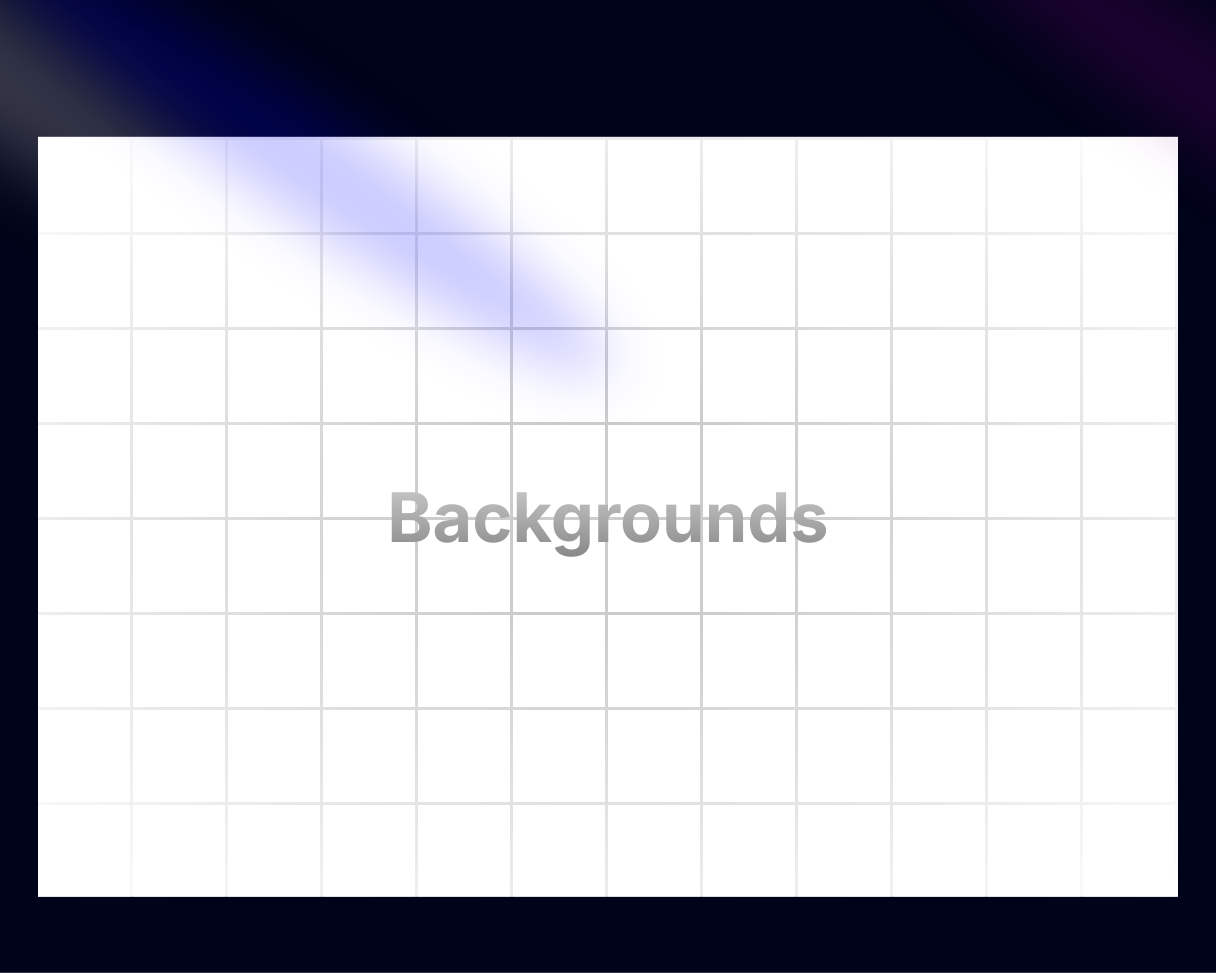
Repository: iharshitjaiswal/next_portfolio
Page: /
An editor plug-in stored every save of this project. The page is shown before and after the next save, followed by the edit.
The browser window is 1280 px wide. The pictures show the whole page, at 95% of full size.
The project was rebuilt for these pictures with package versions that can differ from the ones it lists, and the page was loaded fresh each time. The framework's server and built-in components were replaced by stand-ins that run in the browser. Also part of the build but not shown: next.config.mjs.

Above is the page before, as saved 2024-05-22 16:40:53.

### app/layout.tsx
import type { Metadata } from "next";
import { Inter } from "next/font/google";
import "./globals.css";

const inter = Inter({ subsets: ["latin"] });

export const metadata: Metadata = {
  title: "Harshit's Portfolio",
  description: "Modern & Minimalist Next Portfolio",
};

export default function RootLayout({
  children,
}: Readonly<{
  children: React.ReactNode;
}>) {
  return (
    <html lang="en">
      <body className={inter.className}>{children}</body>
    </html>
  );
}

### app/page.tsx
import Hero from "@/components/Hero";

export default function Home() {
  return (
    <main className="relative bg-black-100 flex justify-center text-white items-center flex-col overflow-hidden mx-auto sm:px-10 px-5">
      <div className="mx-w-7xl w-full">
        <Hero />
      </div>
    </main>
  );
}

### components/Hero.tsx
import React from "react";
import { Spotlight } from "./ui/Spotlight";

const Hero = () => {
  return (
    <div className="pb-20 pt-36">
      <div>
        <Spotlight
          className="-top-40 -left-10 md:-left-32 md:-top-20 h-screen"
          fill="white"
        />
        <Spotlight
          className="top-10 left-full h-[80vh] w-[50vw]"
          fill="purple"
        />
        <Spotlight className="top-28 left-80 h-[80vh] w-[50vw]" fill="blue" />
      </div>
      <div className="h-[50rem] w-full dark:bg-black bg-white  dark:bg-grid-white/[0.2] bg-grid-black/[0.2] relative flex items-center justify-center">
        {/* Radial gradient for the container to give a faded look */}
        <div className="absolute pointer-events-none inset-0 flex items-center justify-center dark:bg-black bg-white [mask-image:radial-gradient(ellipse_at_center,transparent_20%,black)]"></div>
        <p className="text-4xl sm:text-7xl font-bold relative z-20 bg-clip-text text-transparent bg-gradient-to-b from-neutral-200 to-neutral-500 py-8">
          Backgrounds
        </p>
      </div>
    </div>
  );
};

export default Hero;

### components/ui/Spotlight.tsx
import React from "react";
import { cn } from "@/utils/cn";

type SpotlightProps = {
  className?: string;
  fill?: string;
};

export const Spotlight = ({ className, fill }: SpotlightProps) => {
  return (
    <svg
      className={cn(
        "animate-spotlight pointer-events-none absolute z-[1]  h-[169%] w-[138%] lg:w-[84%] opacity-0",
        className
      )}
      xmlns="http://www.w3.org/2000/svg"
      viewBox="0 0 3787 2842"
      fill="none"
    >
      <g filter="url(#filter)">
        <ellipse
          cx="1924.71"
          cy="273.501"
          rx="1924.71"
          ry="273.501"
          transform="matrix(-0.822377 -0.568943 -0.568943 0.822377 3631.88 2291.09)"
          fill={fill || "white"}
          fillOpacity="0.21"
        ></ellipse>
      </g>
      <defs>
        <filter
          id="filter"
          x="0.860352"
          y="0.838989"
          width="3785.16"
          height="2840.26"
          filterUnits="userSpaceOnUse"
          colorInterpolationFilters="sRGB"
        >
          <feFlood floodOpacity="0" result="BackgroundImageFix"></feFlood>
          <feBlend
            mode="normal"
            in="SourceGraphic"
            in2="BackgroundImageFix"
            result="shape"
          ></feBlend>
          <feGaussianBlur
            stdDeviation="151"
            result="effect1_foregroundBlur_1065_8"
          ></feGaussianBlur>
        </filter>
      </defs>
    </svg>
  );
};

Loaded but not shown: app/globals.css (common file); utils/cn.ts (common file); tailwind.config.ts (common file)

After the next save:
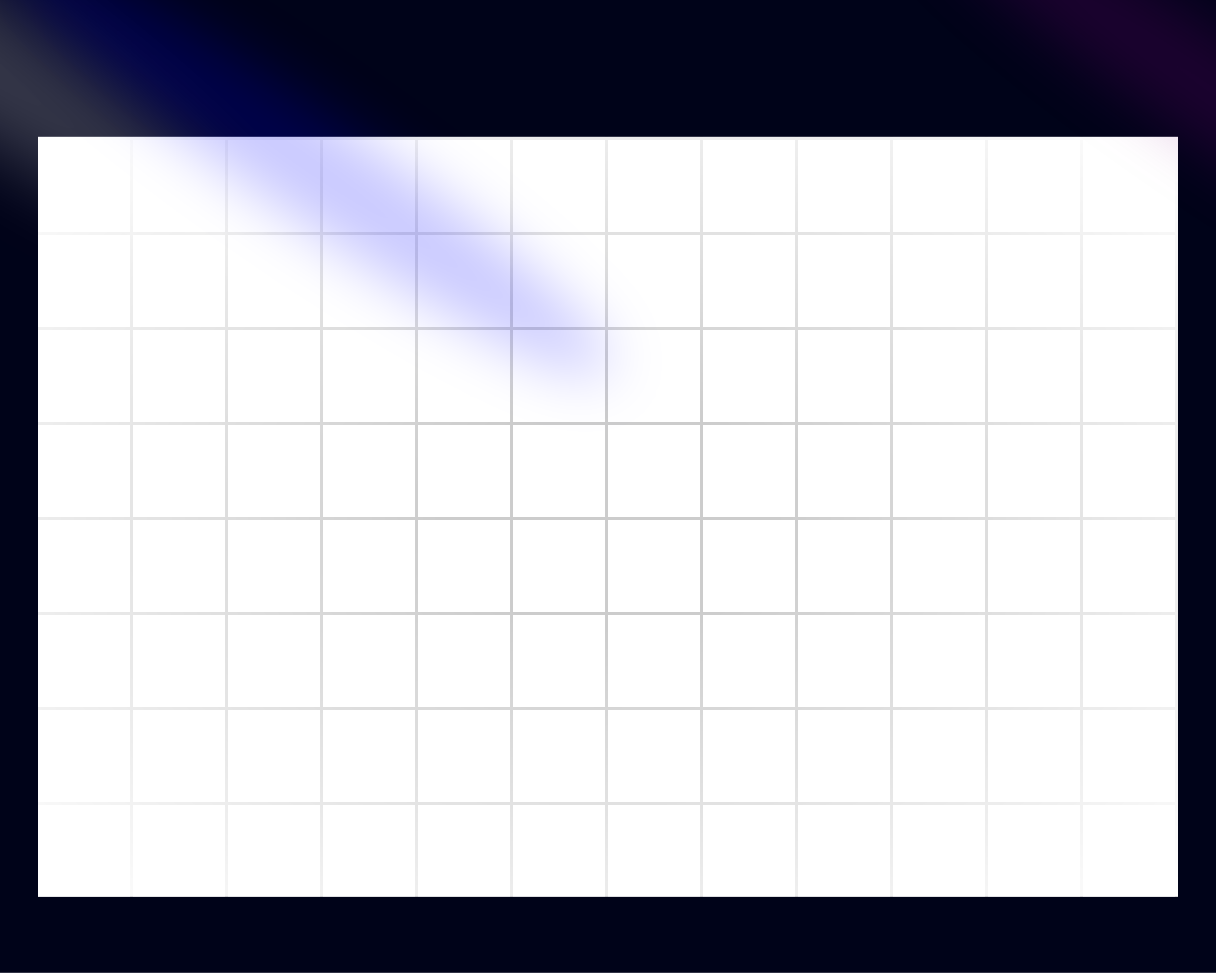
Saved 17 s later.
--- a/components/Hero.tsx
+++ b/components/Hero.tsx
@@ -18,9 +18,7 @@
       <div className="h-[50rem] w-full dark:bg-black bg-white  dark:bg-grid-white/[0.2] bg-grid-black/[0.2] relative flex items-center justify-center">
         {/* Radial gradient for the container to give a faded look */}
         <div className="absolute pointer-events-none inset-0 flex items-center justify-center dark:bg-black bg-white [mask-image:radial-gradient(ellipse_at_center,transparent_20%,black)]"></div>
-        <p className="text-4xl sm:text-7xl font-bold relative z-20 bg-clip-text text-transparent bg-gradient-to-b from-neutral-200 to-neutral-500 py-8">
-          Backgrounds
-        </p>
+        <p className="text-4xl sm:text-7xl font-bold relative z-20 bg-clip-text text-transparent bg-gradient-to-b from-neutral-200 to-neutral-500 py-8"></p>
       </div>
     </div>
   );
